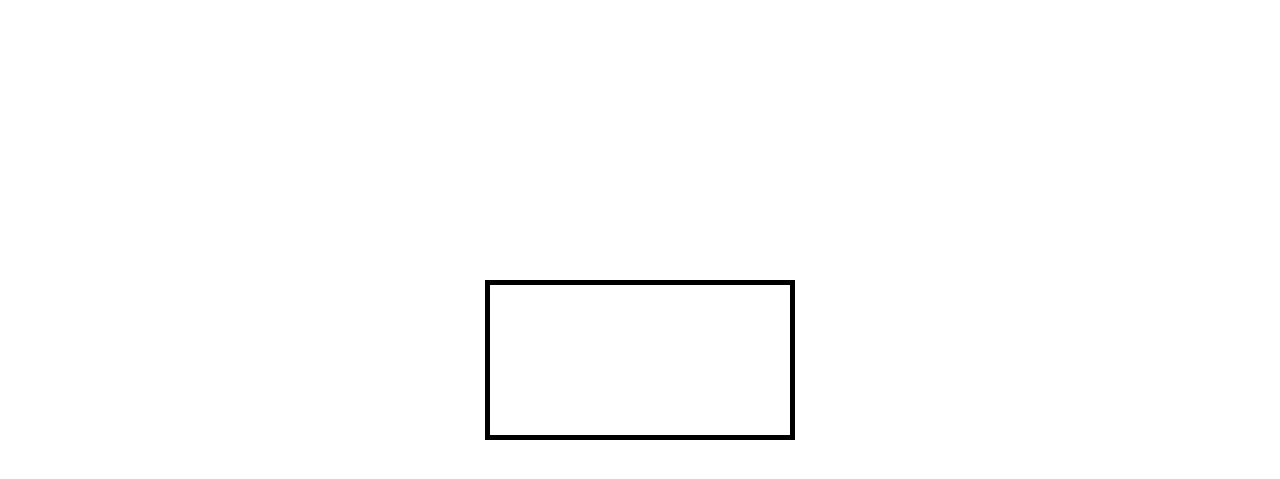
Repository: vasucp1207/seahorse-shooting-game
Page: index.html
These files come from the project's save history. The page is drawn as it stood at one moment and after a run of saves; the edit follows.
The browser window is 1280 px wide. The pictures show the whole page.

Above is the page before, as saved 2022-08-24 14:15:49.

### index.html
<!DOCTYPE html>
<html lang="en">
<head>
    <meta charset="UTF-8">
    <meta http-equiv="X-UA-Compatible" content="IE=edge">
    <meta name="viewport" content="width=device-width, initial-scale=1.0">
    <title>Document</title>
    <link rel="stylesheet" href="style.css">
</head>
<body>
    <canvas id="canvas"></canvas>

    <script src="script.js"></script>
</body>
</html>

### style.css
* {
    margin: 0;
    padding: 0;
    box-sizing: border-box;
}

#canvas{
    border: 5px solid black;
    position: absolute;
    top: 50%;
    left: 50%;
    transform: translate(-50%, -50%);
    background: b;
}

Loaded but not shown: script.js (no stored copy; drawn as an empty file)

After the next 2 saves:
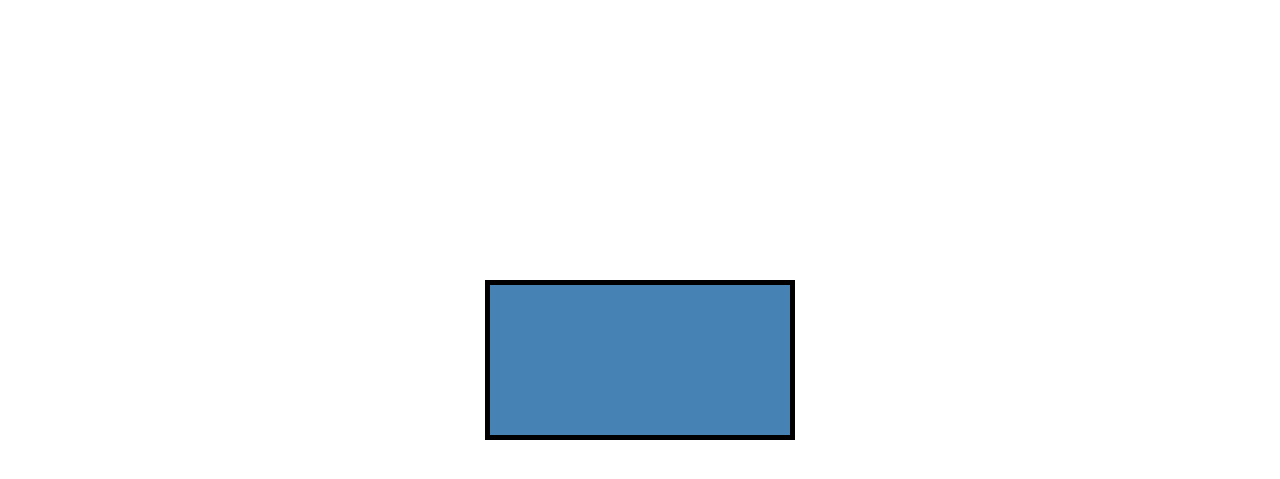
The 2 saves are shown as one change because they came seconds apart.
The last was saved 9 s later.
--- a/style.css
+++ b/style.css
@@ -10,5 +10,5 @@
     top: 50%;
     left: 50%;
     transform: translate(-50%, -50%);
-    background: b;
+    background: steelblue;
 }
